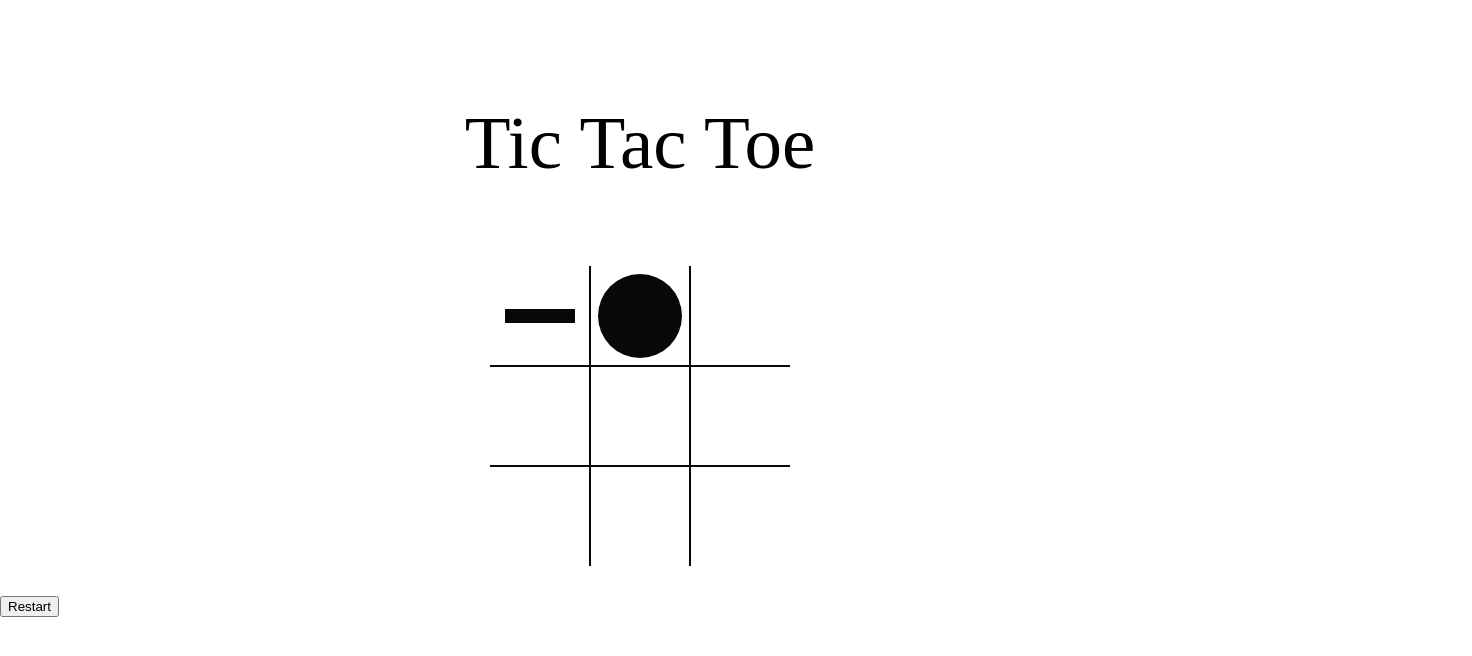
Repository: kkyler24/MCLA
Page: devFiles/TictactoeFiles/ticTacToe.html
The author's editor kept a copy of each file at every save. The page is drawn from the files as they stood at one save, then again after the next save.
The browser window is 1280 px wide. The page is 1280 px wide, then 1472 px, then 1280 px, so the pictures cover 1472 px, including what lies to the right of the window. The pictures show the whole page.

Above is the page before, as saved 2020-04-17 15:33:04.

### devFiles/TictactoeFiles/ticTacToe.html
<!DOCTYPE html>
<html lang="en">

<head>
    <meta charset="UTF-8">
    <meta name="viewport" content="width=device-width, initial-scale=1.0">
    <link rel="stylesheet" type="text/css" href="tictactoe.css">
    <script src="tictactoe.js" defer></script>
    <title>Tic Tac Toe</title>
</head>

<body>
    <sectionOne>
        <!-- NavBar -->
        <!-- <nav class="navbar navbar-light bg-light">
            <!-- Image Logo -->
            <!-- <a class="navbar-brand" href="#">
                <img src="/docs/4.0/assets/brand/bootstrap-solid.svg" width="30" height="30"
                    class="d-inline-block align-top" alt="">
                Bootstrap -->
            <!-- </a> -->
        </nav>
    </sectionOne>
<sectionTwo>
<h1>Tic Tac Toe</h1>
<div class="BoardOne" id="BoardOne">
    <div class="cellBOne dash" data-cell></div>
    <div class="cellBOne circle" data-cell></div>
    <div class="cellBOne" data-cell></div>
    <div class="cellBOne" data-cell></div>
    <div class="cellBOne" data-cell></div>
    <div class="cellBOne" data-cell></div>
    <div class="cellBOne" data-cell></div>
    <div class="cellBOne" data-cell></div>
    <div class="cellBOne" data-cell></div>
</div>
<div class="winning-message-One" id="winningMessageOne">
    <div class="data-winning-message-text-One"></div>
    <button id="restartButtonOne">Restart</button>
</div>



</sectionTwo>











</body>

### devFiles/TictactoeFiles/tictactoe.css
*,*::after, *::before{
    box-sizing: border-box;
}
:root {
    --cell-size:100px;
    --mark-size:calc(var(--cell-size)*.7);
    /* this makes the preview marks 90% of the cell size it edits the width of your dot or dash */
}

h1{
    margin-top: 100px;
    text-align: center;
    font-size: 75px;
    font-weight: 100;
}

body{
    margin:0;
}

.BoardOne{
    width: 100vw;
    height: 50vh;
    display: grid;
    justify-content: center;
    align-content: center;
    align-items: center;
    justify-items: center;
    grid-template-columns: repeat(3,auto);
    /* this resizes the grid and makes all the cells automatically evenly sized */
}
.cellBOne{
    width: var(--cell-size);
    height: var(--cell-size);
    border: 1px solid rgb(8, 8, 8);
    display: flex;
    justify-content: center;
    align-items: center;
    position: relative;
    cursor: pointer;
}
.cellBOne:first-child,
.cellBOne:nth-child(2),
.cellBOne:nth-child(3){
    border-top: none;
}

.cellBOne:nth-child(3n+1){
    border-left: none;
}

.cellBOne:nth-child(3n+3){
    border-right: none;
}

.cellBOne:last-child,
.cellBOne:nth-child(8),
.cellBOne:nth-child(7){
    border-bottom: none;
}

.cellBOne.dash::before{
    content: "";
    width: calc(var(--mark-size)*.20);
    /* controls the height of the dashes */
    transform: rotate(90deg);
    height: var(--mark-size);
    background-color: rgb(8, 8, 8);
    /* controls how the dashes look */
    position: relative;
}

.cellBOne.circle::after{
    content: "";
    position: absolute;
    width: calc(var(--mark-size)*1.2);
    /* controls the height of the cricles */
    /* transform: rotate(90deg); */
    height: calc(var(--mark-size)*1.2);
    background-color: rgb(8, 8, 8);
    /* controls how the dashes look */
    border-radius: 50%;

}

.cellBOne.circle,
.cellBOne.dash{
    cursor: not-allowed;
}

### devFiles/TictactoeFiles/tictactoe.js
// var winningCombinations = {
//     // userchoice: computerchoice
//     rock: 'scissors', // you win
//     paper: 'rock',    // you win
//     scissors: 'paper' // you win
// random words should be put in here and converted to morse code. the computer should evaluate if your letter box matches the randomized word to win the round.
// };

After the next save:
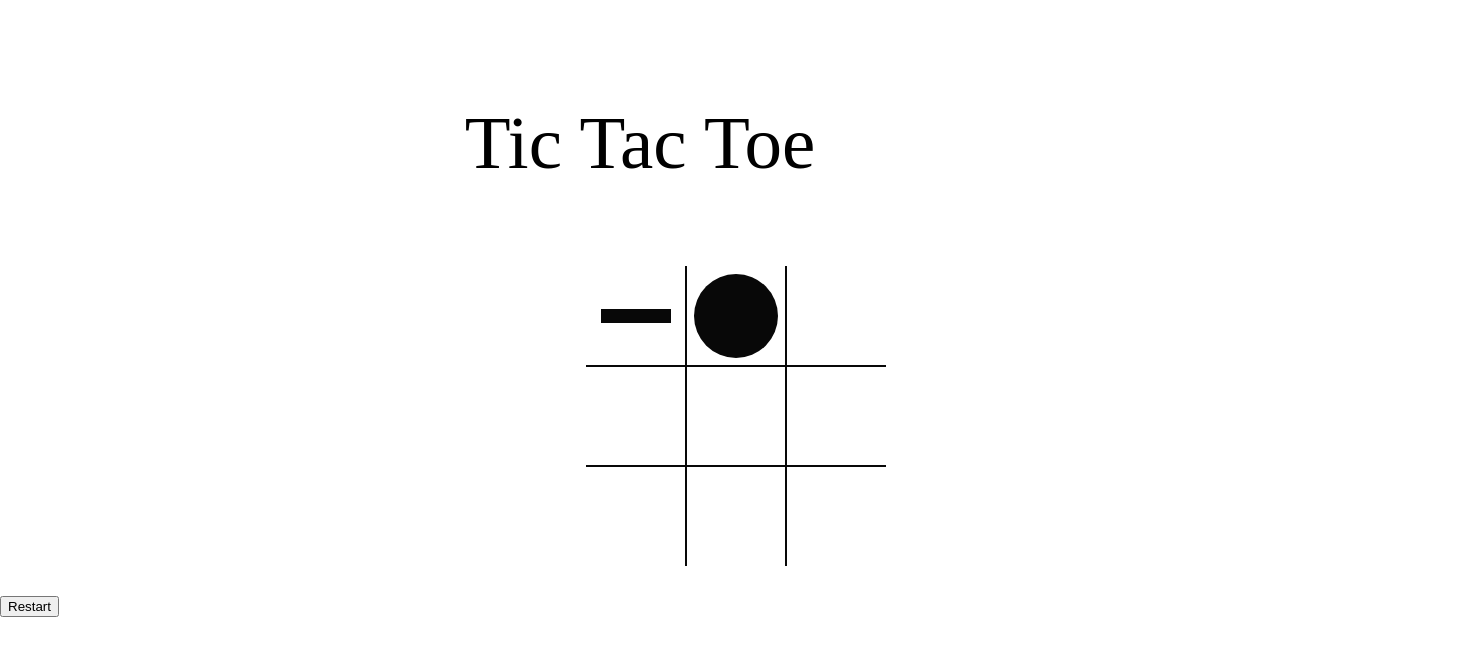
Saved 12 s later.
--- a/devFiles/TictactoeFiles/tictactoe.css
+++ b/devFiles/TictactoeFiles/tictactoe.css
@@ -19,7 +19,7 @@
 }
 
 .BoardOne{
-    width: 100vw;
+    width: 115vw;
     height: 50vh;
     display: grid;
     justify-content: center;

After the save that followed:
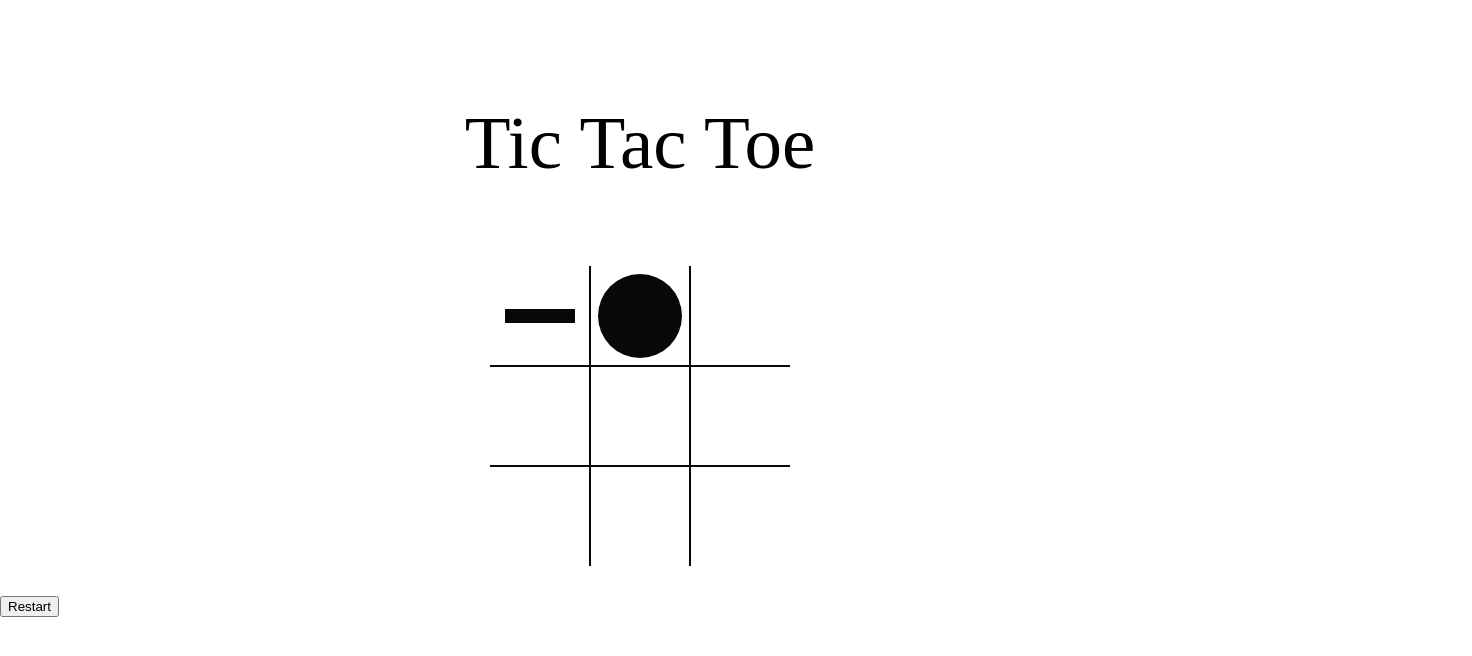
Saved 20 s later.
--- a/devFiles/TictactoeFiles/tictactoe.css
+++ b/devFiles/TictactoeFiles/tictactoe.css
@@ -19,7 +19,7 @@
 }
 
 .BoardOne{
-    width: 115vw;
+    width: 100vw;
     height: 50vh;
     display: grid;
     justify-content: center;
